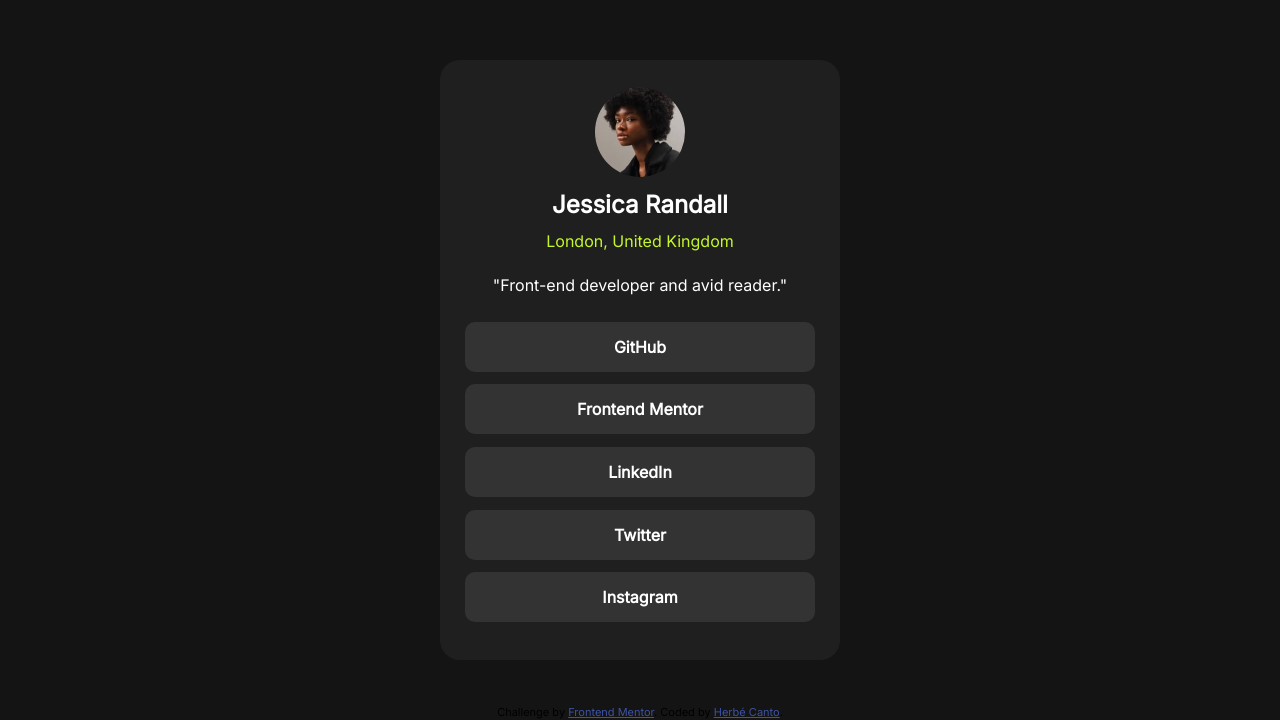
Repository: herbecanto/Social-Links-Profile
Page: index.html
The author's editor kept a copy of each file at every save. The page is drawn from the files as they stood at one save, then again after the next save.
The browser window is 1280 px wide. The pictures show the whole page.

Above is the page before, as saved 2025-01-22 21:59:20.

After the next save:
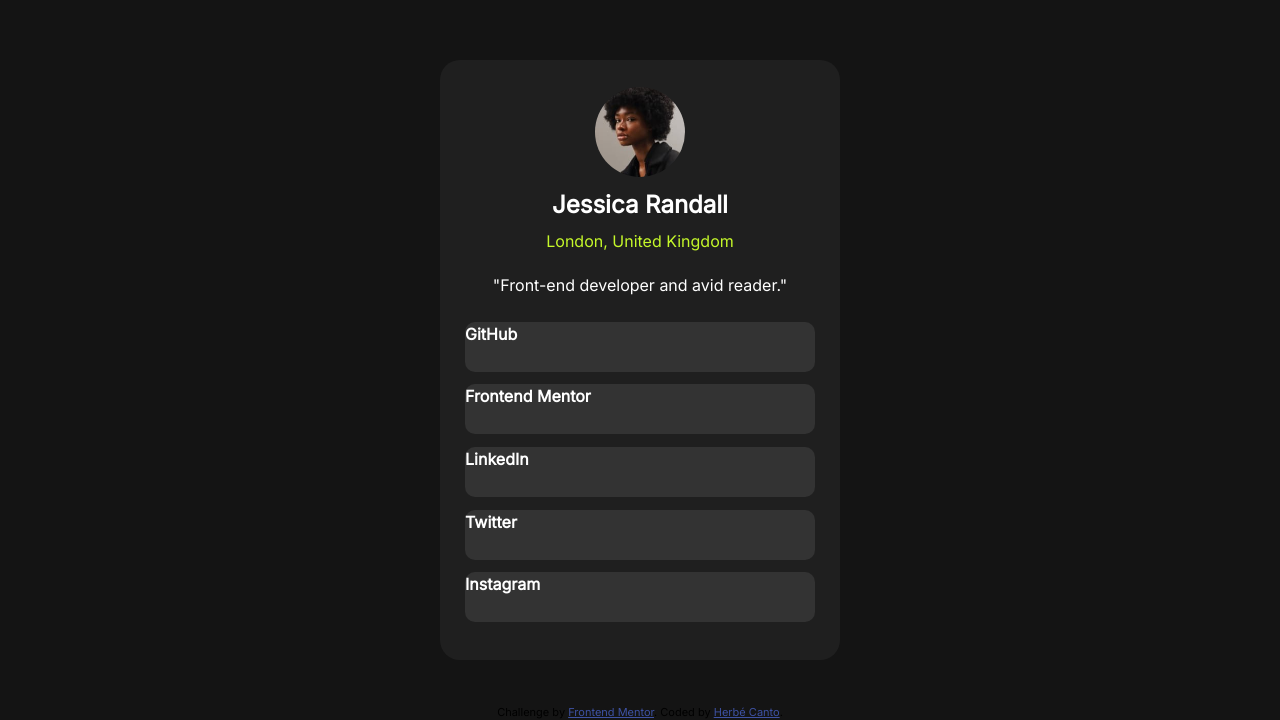
Saved 26 s later.
--- a/assets/styles/style.css
+++ b/assets/styles/style.css
@@ -185,6 +185,8 @@
 }
 
 .card-links ul li a {
+  width: 100%;
+  height: 100%;
   text-decoration: none;
   color: var(--white);
   font-weight: 600;

After the 3 saves that followed:
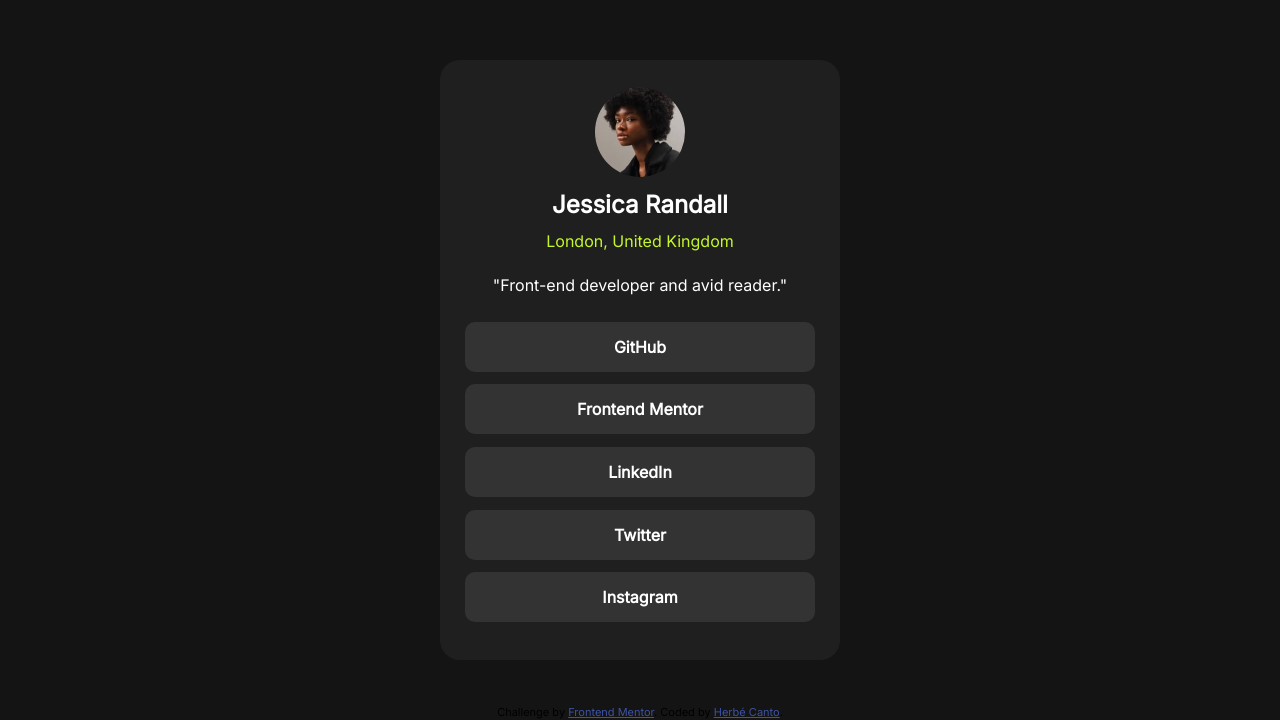
The 3 saves are shown as one change because 2 left the picture as it was.
The last was saved 28 s later.
--- a/assets/styles/style.css
+++ b/assets/styles/style.css
@@ -179,9 +179,7 @@
   height: 50px;
   background-color: var(--grey700);
   border-radius: 10px;
-  display: flex;
-  justify-content: center;
-  align-items: center;
+
 }
 
 .card-links ul li a {
@@ -190,6 +188,9 @@
   text-decoration: none;
   color: var(--white);
   font-weight: 600;
+  display: flex;
+  justify-content: center;
+  align-items: center;
 
 }
 
